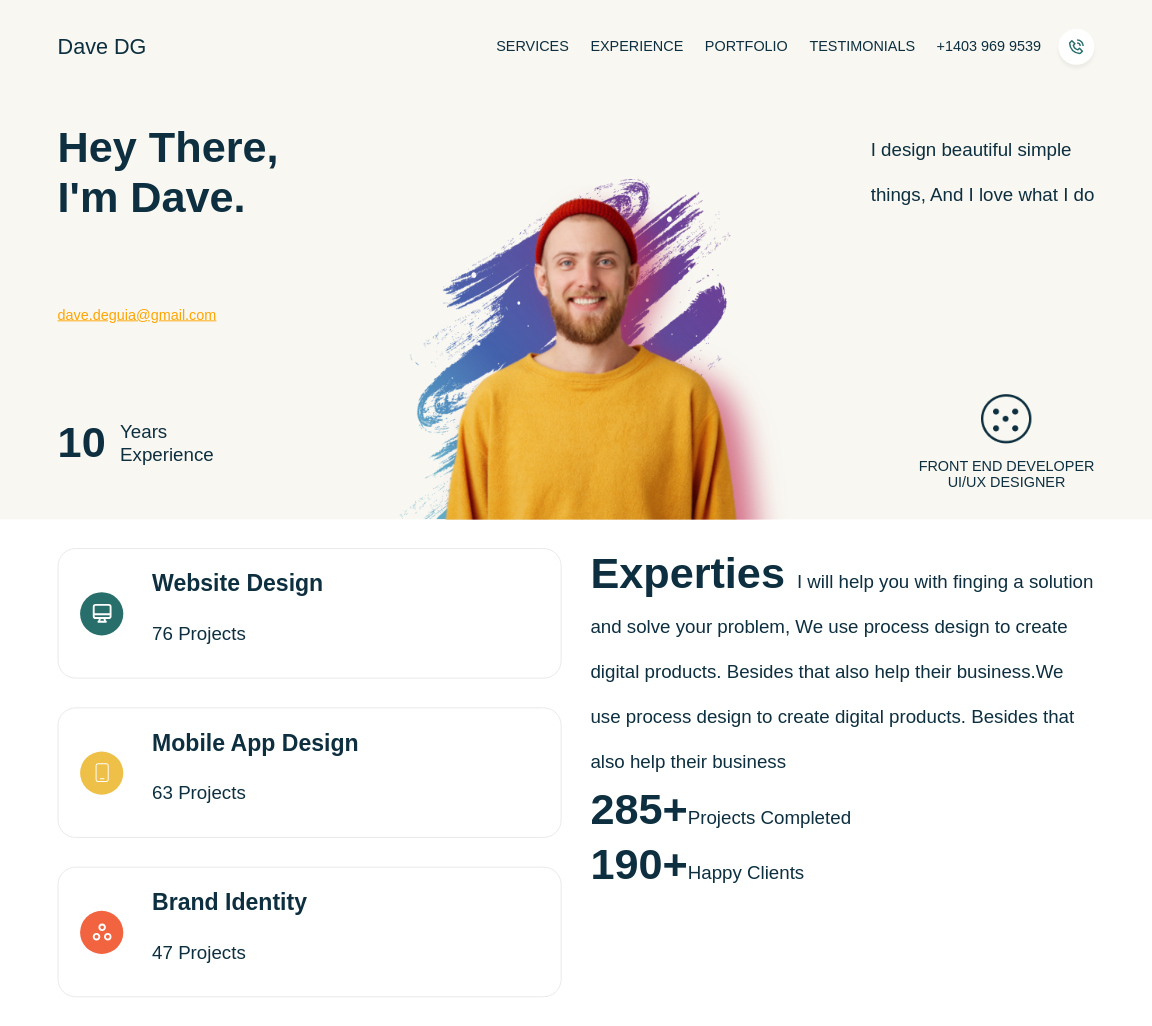
Repository: davedeguia/framer-motion-portfolio
Page: /
The author's editor kept a copy of each file at every save. The page is drawn from the files as they stood at one save, then again after the next save.
The browser window is 1280 px wide. The pictures show the whole page, at 90% of full size.
Some web fonts or font styles are not loaded; a fallback is used. The project was rebuilt for these pictures with package versions that can differ from the ones it lists, and the page was loaded fresh each time. Also part of the build but not shown: vite.config.js.

Above is the page before, as saved 2023-02-10 16:27:54.

### index.html
<!DOCTYPE html>
<html lang="en">
  <head>
    <meta charset="UTF-8" />
    <link rel="icon" type="image/svg+xml" href="/vite.svg" />
    <meta name="viewport" content="width=device-width, initial-scale=1.0" />
    <link rel="stylesheet" href="https://stijndv.com/fonts/Eudoxus-Sans.css" />
      <title>Dave DG</title>
  </head>
  <body>
    <div id="root"></div>
    <script type="module" src="/src/main.jsx"></script>
  </body>
</html>

### src/main.jsx
import React from 'react'
import ReactDOM from 'react-dom/client'
import App from './App'
import './styles/index.css'
import './styles/global.scss'

ReactDOM.createRoot(document.getElementById('root')).render(
  <React.StrictMode>
    <App />
  </React.StrictMode>
)

### src/App.jsx
import Experties from './components/Experties/Experties'
import Header from './components/Header/Header'
import Hero from './components/hero/Hero'
import css from './styles/app.module.scss'

const App = () => {
  return (
    <div className={`bg-primary ${css.container}`}>
      <Header />
      <Hero />
      <Experties />
    </div>
  )
}

export default App

### src/styles/index.css
* {
    margin: 0;
    padding: 0;
    box-sizing: border-box;
    scroll-behavior: smooth;
    font-family: "Eudoxus Sans", sans-serif;
  }

### src/styles/global.scss
@import './constants.scss';

.bg-primary {
  background: #F8F7F1;
}

.innerWidth {
  @media (min-width: $xxl) {
    max-width: 1280px;
    margin: auto;
  }

  width: 100%;
}

.paddings {
  @media (min-width: $sm) {
    padding: 4rem;
  }


  @media (min-width: $xl),
  (min-width: $md) {
    padding-top: 2rem;
    padding-bottom: 2rem;
  }

  padding-left: 1.5rem;
  padding-right: 1.5rem;
  padding-top: 1.5rem;
  padding-bottom: 1.5rem;
}



.xPaddings {
  @media (min-width: $sm) {
    padding-left: 4rem;
    padding-right: 4rem;
  }

  padding-left: 1.5rem;
  /* 24px */
  padding-right: 1.5rem;
  /* 24px */
}

.yPaddings {
  @media (min-width: $sm) {
    padding-top: 4rem;
    padding-bottom: 4rem;
  }

  @media (min-width: $xl) {
    padding-top: 2rem;
    padding-bottom: 2rem;
  }

  padding-top: 3rem;
  padding-bottom: 3rem;
}

.topPaddings {
  @media (min-width : $sm) {
    padding-top: 4rem;
  }

  @media (min-width: $xl) {
    padding-top: 2rem;
  }

  padding-top: 3rem;
}


.bottomPaddings {
  @media (min-width : $sm) {
    padding-bottom: 4rem;
  }

  @media (min-width: $xl) {
    padding-bottom: 2rem;
  }

  padding-bottom: 3rem;
}


.flexCenter {
  display: flex;
  justify-content: center;
  align-items: center;
}

.flexStart {
  display: flex;
  justify-content: start;
  align-items: center;
}

.flexEnd {
  display: flex;
  justify-items: end;
}

.primaryText {
  @media (max-width: $sm) {
    font-size: 2.5rem;
  }
  font-size: 3rem;
  font-weight: bold;
}

.secondaryText {
  @media (max-width: $sm) {
    font-size: 1.1rem;
    line-height: 40px;
  }
  line-height: 50px;
  font-size: 1.3rem;
  font-weight: 500
}
.anchor {
  display: block;
  position: relative;
  top: -100px;
  visibility: hidden;
}

### src/components/Experties/Experties.jsx
import React from 'react'
import css from './Experties.module.scss'
import { projectExperience, WhatDoIHelp } from '../../utils/data'

const Experties = () => {
  return (
    <section className={css.wrapper}>
      <div
        className={`paddings yPaddings flexCenter innerWidth ${css.container}`}
      >
        <div className={css.leftSide}>
          {projectExperience.map((exp, i) => {
            return (
              <div className={css.exp} key={i}>
                <div className='flexCenter' style={{ background: exp.bg }}>
                  <exp.icon size={25} color='white' />
                </div>

                <div>
                  <span>{exp.name}</span>
                  <span className='secondaryText'>{exp.projects} Projects</span>
                </div>
              </div>
            )
          })}
        </div>
        <div className={css.rightSide}>
          <span className='primaryText'>Experties </span>
          {WhatDoIHelp.map((paragraph, i) => {
            return (
              <span className='secondaryText' key={i}>
                {paragraph}
              </span>
            )
          })}

          <div className={css.stats}>
            <div className={css.stat}>
              <span className='primaryText'>285+</span>
              <span className='secondaryText'>Projects Completed</span>
            </div>
          </div>
          <div className={css.stats}>
            <div className={css.stat}>
              <span className='primaryText'>190+</span>
              <span className='secondaryText'>Happy Clients</span>
            </div>
          </div>
        </div>
      </div>
    </section>
  )
}

export default Experties

### src/components/Header/Header.jsx
import React, { useState } from 'react'
import css from './Header.module.scss'
import { BiMenuAltRight, BiPhoneCall } from 'react-icons/bi'
import { motion } from 'framer-motion'
import { getMenuStyles, headerVariants } from '../../utils/motion'
import useHeaderShadow from '../../hooks/useHeaderShadow'

const Header = () => {
  const [menuOpened, setMenuOpened] = useState(false)
  const headerShadow = useHeaderShadow()
  return (
    <motion.div
      initial='hidden'
      whileInView='show'
      variants={headerVariants}
      viewport={{ once: false, amount: 0.25 }}
      className={`paddings ${css.wrapper}`}
      style={{ boxShadow: headerShadow }}
    >
      <div className={`flexCenter innerWidth ${css.container}`}>
        <div className={css.name}>Dave DG</div>
        <ul
          style={getMenuStyles(menuOpened)}
          className={`flexCenter ${css.menu}`}
        >
          <li>
            <a href=''>Services</a>
          </li>

          <li>
            <a href=''>Experience</a>
          </li>

          <li>
            <a href=''>Portfolio</a>
          </li>

          <li>
            <a href=''>Testimonials</a>
          </li>

          <li className={`flexCenter ${css.phone}`}>
            <p>+1403 969 9539</p>
            <BiPhoneCall size={'40px'} />
          </li>
        </ul>
        {/* for medium and small screens */}
        <div
          className={css.menuIcon}
          onClick={() => setMenuOpened((prev) => !prev)}
        >
          <BiMenuAltRight size={30} />
        </div>
      </div>
    </motion.div>
  )
}

export default Header

### src/components/hero/Hero.jsx
import React from 'react'
import css from './Hero.module.scss'
import { motion } from 'framer-motion'
import { fadeIn, slideIn, staggerContainer } from '../../utils/motion'

const Hero = () => {
  return (
    <section className={`paddings ${css.wrapper}`}>
      <motion.div
        variants={staggerContainer}
        initial='hidden'
        whileInView='show'
        viewport={{ once: false, amount: 0.25 }}
        className={`innerWidth ${css.container}`}
      >
        {/* upper elements */}
        <div className={css.upperElements}>
          <motion.span
            variants={fadeIn('right', 'tween', 0.2, 1)}
            className='primaryText'
          >
            Hey There, <br /> I'm Dave.
          </motion.span>
          <motion.span
            variants={fadeIn('left', 'tween', 0.4, 1)}
            className='secondaryText'
          >
            I design beautiful simple <br /> things, And I love what I do
          </motion.span>
        </div>

        {/* person image */}
        <motion.div
          variants={fadeIn('up', 'tween', 0.3, 1)}
          className={css.person}
        >
          <motion.img
            variants={slideIn('up', 'tween', 0.5, 1.3)}
            src='./person.png'
            alt=''
          />
        </motion.div>

        {/* email */}
        <a className={css.email} href='mailto:dave.deguia@gmail.com'>
          dave.deguia@gmail.com
        </a>

        {/* lower elements */}
        <div className={css.lowerElements}>
          <div className={css.experience}>
            <div className='primaryText'>10</div>
            <div className='secondaryText'>
              <div>Years</div>
              <div>Experience</div>
            </div>
          </div>
          <div className={css.certificate}>
            <img src='./certificate.png' alt='' />
            <span>FRONT END DEVELOPER</span>
            <span>UI/UX DESIGNER</span>
          </div>
        </div>
      </motion.div>
    </section>
  )
}

export default Hero

### src/styles/app.module.scss
@import './constants.scss';

.container{
    overflow-x: clip;
    position: relative;
    color: $primary;

}

### src/components/Experties/Experties.module.scss
@import './../../styles/constants.scss';

.wrapper {
    background: white;

    .container {
        align-items: flex-start;
        gap: 2rem;
        flex-wrap: wrap;
        >div {
            flex: 1;
        }

        .leftSide {
            display: flex;
            flex-direction: column;
            gap: 2rem;

            .exp {
                display: flex;
                align-items: center;
                border: 1px solid $secondary-white;
                border-radius: 20px;
                padding: 1.5rem;
                gap: 2rem;
                transition: all 200ms ease-out;

                &hover {
                    cursor: pointer;
                    box-shadow: 0px 21px 13px rgba(0, 0, 0, 0.04);
                }

                //icon circles
                >:nth-child(1) {
                    padding: 10px;
                    width: 3rem;
                    height: 3rem;
                    border-radius: 999px;
                }

                //description
                >:nth-child(2) {
                    display: flex;
                    flex-direction: column;
                    gap: 1rem;

                    >:nth-child(1) {
                        font-size: 1.6rem;
                        font-weight: bold;
                    }
                }

            }
        }
    }
}

### src/utils/data.js
import { HiOutlineDesktopComputer } from "react-icons/hi";
import { CiMobile1 } from "react-icons/ci";
import { MdWorkspacesOutline } from "react-icons/md";
export const projectExperience = [
  {
    name: "Website Design",
    projects: 76,
    icon: HiOutlineDesktopComputer,
    bg: "#286F6C",
  },
  {
    name: "Mobile App Design",
    projects: 63,
    icon: CiMobile1,
    bg: "#EEC048",
  },
  {
    name: "Brand Identity",
    projects: 47,
    icon: MdWorkspacesOutline,
    bg: "#F26440",
  },
];

export const WhatDoIHelp = [
  "I will help you with finging a solution and solve your problem, We use process design to create digital products. Besides that also help their business.",
  "We use process design to create digital products. Besides that also help their business",
];

export const workExp = [
  {
    place: "Self-Employed, Brisbane",
    tenure: "Aug 2014 - Sep 2016",
    role: "Visual Designer",
    detail:
      "A visual desginer dsesign for a variety of platoforms, may include internet and internet sites, games, movies, kioasks and wearbies. In short, they create the concepts",
  },
  {
    place: "New Man Services",
    tenure: "Aug 2014 - Sep 2016",
    role: "UI/UX Designer",
    detail:
      "A visual desginer dsesign for a variety of platoforms, may include internet and internet sites, games, movies, kioasks and wearbies. In short, they create the concepts",
  },
  {
    place: "Global Solution",
    tenure: "Aug 2014 - Sep 2016",
    role: "Sr. Product Designer",
    detail:
      "A visual desginer dsesign for a variety of platoforms, may include internet and internet sites, games, movies, kioasks and wearbies. In short, they create the concepts",
  },
];

export const comments = [
  {
    name: "Anamika Sandula",
    post: "Creative Manager",
    comment:
      "Letraset sheets containing Lorem Ipsum passages, and more recently with desktop publishing software like Aldus PageMaker including versions of Lorem Ipsum.",
    img: "./people2.png",
  },
  {
    name: "Anamika Sandula",
    post: "Creative Manager",
    comment:
      "Letraset sheets containing Lorem Ipsum passages, and more recently with desktop publishing software like Aldus PageMaker including versions of Lorem Ipsum.",
    img: "./people1.png",
  },
  {
    name: "Anamika Sandula",
    post: "Creative Manager",
    comment:
      "Letraset sheets containing Lorem Ipsum passages, and more recently with desktop publishing software like Aldus PageMaker including versions of Lorem Ipsum.",
    img: "./people2.png",
  },
  {
    name: "Anamika Sandula",
    post: "Creative Manager",
    comment:
      "Letraset sheets containing Lorem Ipsum passages, and more recently with desktop publishing software like Aldus PageMaker including versions of Lorem Ipsum.",
    img: "./people1.png",
  },
  {
    name: "Anamika Sandula",
    post: "Creative Manager",
    comment:
      "Letraset sheets containing Lorem Ipsum passages, and more recently with desktop publishing software like Aldus PageMaker including versions of Lorem Ipsum.",
    img: "./people2.png",
  },
  {
    name: "Anamika Sandula",
    post: "Creative Manager",
    comment:
      "Letraset sheets containing Lorem Ipsum passages, and more recently with desktop publishing software like Aldus PageMaker including versions of Lorem Ipsum.",
    img: "./people1.png",
  },
  {
    name: "Anamika Sandula",
    post: "Creative Manager",
    comment:
      "Letraset sheets containing Lorem Ipsum passages, and more recently with desktop publishing software like Aldus PageMaker including versions of Lorem Ipsum.",
    img: "./people2.png",
  },
  {
    name: "Anamika Sandula",
    post: "Creative Manager",
    comment:
      "Letraset sheets containing Lorem Ipsum passages, and more recently with desktop publishing software like Aldus PageMaker including versions of Lorem Ipsum.",
    img: "./people1.png",
  },
  {
    name: "Anamika Sandula",
    post: "Creative Manager",
    comment:
      "Letraset sheets containing Lorem Ipsum passages, and more recently with desktop publishing software like Aldus PageMaker including versions of Lorem Ipsum.",
    img: "./people2.png",
  },
];

export const sliderSettings = {
  dots: true,
  infinite: false,
  speed: 1000,
  slidesToShow: 3,
  slidesToScroll: 1,
  initialSlide: 0,
  touchMove: true,
  useCSS: true,

  responsive: [
    {
      breakpoint: 1024,
      settings: {
        slidesToShow: 3,
        slidesToScroll: 3,
        infinite: true,
        dots: true,
      },
    },
    {
      breakpoint: 1000,
      settings: {
        slidesToShow: 2,
        slidesToScroll: 2,
        initialSlide: 2,
      },
    },
    {
      breakpoint: 480,
      settings: {
        slidesToShow: 1,
        slidesToScroll: 1,
      },
    },
  ],
};

### src/components/Header/Header.module.scss
@import './../../styles/constants.scss';

.wrapper {
    position: relative;
    z-index: 99;
    opacity: 1;
    transform: none;
    position: sticky;
    top: 0px;
    transition: all 300ms ease;

    .container {
        position: relative;
        justify-content: space-between;
        font-weight: 500;

        .name {
            font-size: 1.5rem;
            font-weight: 500;
        }

        .menu {

            @media (max-width: $sm),
            (max-width: $md) {
                position: absolute;
                list-style: none;
                gap: 2rem;
                font-weight: 500;
                flex-direction: column;
                right: 0;
                top: 3rem;
                height: calc(100vh - 6.3rem);
                width: 50%;
                min-width: 15rem;
                background: white;
                padding: 2rem;
                display: flex;
                border-radius: 10px;
                transition: all 200ms ease;
                align-items: flex-start;
                padding: 3rem;
                justify-content: flex-start;
                box-shadow: 0px 4px 4px rgba(0, 0, 0, 0.05);
            }

            text-transform: uppercase;
            font-size: 1rem;
            list-style: none;
            gap: 1.5rem;
            cursor: pointer;

            li {
                a {
                    color: inherit;
                    text-decoration: none;
                }

                &:hover {
                    color: $secondary;
                }
            }

            .phone {
                gap: 1.2rem;
                flex-wrap: wrap;

                svg {
                    color: $secondary;
                    background-color: white;
                    padding: 10px;
                    border-radius: 999px;
                    box-shadow: 0px 4px 4px rgba(0, 0, 0, 0.05);
                }
            }
        }



        .menuIcon {

            @media (max-width: $sm),
            (max-width: $md) {
                display: block;
            }

            display: none;
        }
    }
}

### src/utils/motion.js
export const headerVariants = {
  hidden: {
    opacity: 0,
    y: -50,
    transition: {
      type: 'spring',
      stiffness: 300,
      damping: 140,
    },
  },
  show: {
    opacity: 1,
    y: 0,
    transition: {
      type: 'spring',
      stiffness: 80,
      delay: 1,
    },
  },
}

export const slideIn = (direction, type, delay, duration) => ({
  hidden: {
    x: direction === 'left' ? '-100%' : direction === 'right' ? '100%' : 0,
    y: direction === 'up' ? '100%' : direction === 'down' ? '100%' : 0,
  },
  show: {
    x: 0,
    y: 0,
    transition: {
      type,
      delay,
      duration,
      ease: 'easeOut',
    },
  },
})

export const staggerContainer = (staggerChildren, delayChildren) => ({
  hidden: {},
  show: {
    transition: {
      staggerChildren,
      delayChildren,
    },
  },
})

export const textVariant = (delay) => ({
  hidden: {
    y: 50,
    opacity: 0,
  },
  show: {
    y: 0,
    opacity: 1,
    transition: {
      type: 'spring',
      duration: 1.25,
      delay,
    },
  },
})

export const textVariant2 = {
  hidden: {
    opacity: 0,
    y: 20,
  },
  show: {
    opacity: 1,
    y: 0,
    transition: {
      type: 'tween',
      ease: 'easeIn',
    },
  },
}

export const fadeIn = (direction, type, delay, duration) => ({
  hidden: {
    x: direction === 'left' ? 100 : direction === 'right' ? -100 : 0,
    y: direction === 'up' ? 100 : direction === 'down' ? -100 : 0,
    opacity: 0,
  },
  show: {
    x: 0,
    y: 0,
    opacity: 1,
    transition: {
      type,
      delay,
      duration,
      ease: 'easeOut',
    },
  },
})

export const zoomIn = (delay, duration) => ({
  hidden: {
    scale: 0,
    opacity: 0,
  },
  show: {
    scale: 1,
    opacity: 1,
    transition: {
      type: 'tween',
      delay,
      duration,
      ease: 'easeOut',
    },
  },
})

export const footerVariants = {
  hidden: {
    opacity: 0,
    y: 50,
    transition: {
      type: 'spring',
      stiffness: 300,
      damping: 140,
    },
  },
  show: {
    opacity: 1,
    y: 0,
    transition: {
      type: 'spring',
      stiffness: 80,
      delay: 0.5,
    },
  },
}

export const staggerChildren = {
  hidden: { opacity: 0 },
  show: {
    opacity: 1,
    transition: {
      staggerChildren: 0.5,
    },
  },
}

export const getMenuStyles = (menuOpened) => {
  if (document.documentElement.clientWidth <= 640) {
    return { right: !menuOpened && '-100%' }
  }
}

### src/components/hero/Hero.module.scss
@import './../../styles/constants.scss';

.wrapper {
    overflow: hidden;

    .container {
        position: relative;
        z-index: 1;

        .upperElements {
            @media (max-width: $sm) {
                justify-content: center;
                text-align: center;
                gap: 2rem;
            }
            display: flex;
            align-items: center;
            justify-content: space-between;
            flex-wrap: wrap;
        }

        .lowerElements {
            @media (max-width: $sm), (max-width: $md) {
                margin-top: 4rem;
                gap: 2rem;
                justify-content: center;
            }
            margin-top: 12rem;
            display: flex;
            flex-wrap: wrap;
            justify-content: space-between;

            .experience {
                display: flex;
                align-items: center;
                gap: 1rem;

                >:nth-child(2) {
                    line-height: 25px;
                }
            }

            .certificate {
                display: flex;
                flex-direction: column;
                align-items: center;

                img {
                    margin-bottom: 1rem;
                    width: 3.5rem;
                }
            }
        }

        .person {
            @media (max-width: $sm), (max-width: $md) {
                position: relative;
                left: 0;
                background-size: 20rem;
                display: flex;
                align-items: center;
                justify-content: center;
                background-position: bottom;
            }
            position: absolute;
            bottom: -2rem;
            margin: auto;
            background-image: url('../splash.png');
            background-repeat: no-repeat;
            background-size: 23rem;
            left: 33%;

            img {
                @media (max-width: $sm) {
                    width: 23rem;
                }
                margin-bottom: -5px;
            }
        }

        .email {
            @media (max-width: $sm) {
                position: relative;
                display: none;
            }
            position: absolute;
            top: 50%;
            color: orange;
            left: 0;
        }
    }
}

Loaded but not shown: src/styles/constants.scss (common file); src/hooks/useHeaderShadow.jsx (common file)

After the next save:
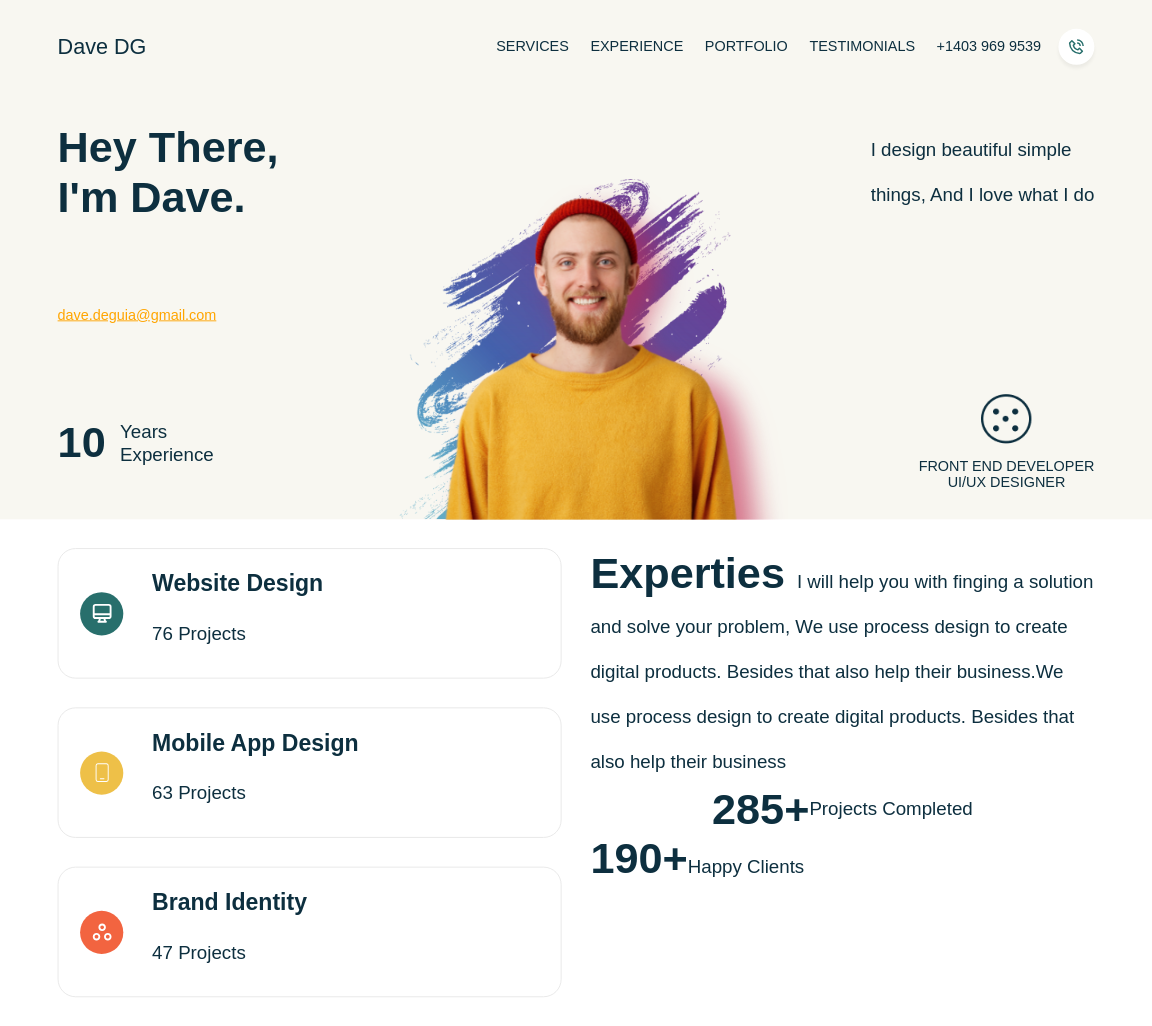
Saved 113 s later.
--- a/src/components/Experties/Experties.jsx
+++ b/src/components/Experties/Experties.jsx
@@ -34,17 +34,16 @@ const Experties = () => {
             )
           })}
 
-          <div className={css.stats}>
-            <div className={css.stat}>
+          <div className={`flexCenter ${css.stats}`}>
+            <div className={`flexCenter ${css.stat}`}>
               <span className='primaryText'>285+</span>
               <span className='secondaryText'>Projects Completed</span>
             </div>
           </div>
-          <div className={css.stats}>
-            <div className={css.stat}>
-              <span className='primaryText'>190+</span>
-              <span className='secondaryText'>Happy Clients</span>
-            </div>
+
+          <div className={`{css.stat}`}>
+            <span className='primaryText'>190+</span>
+            <span className='secondaryText'>Happy Clients</span>
           </div>
         </div>
       </div>
